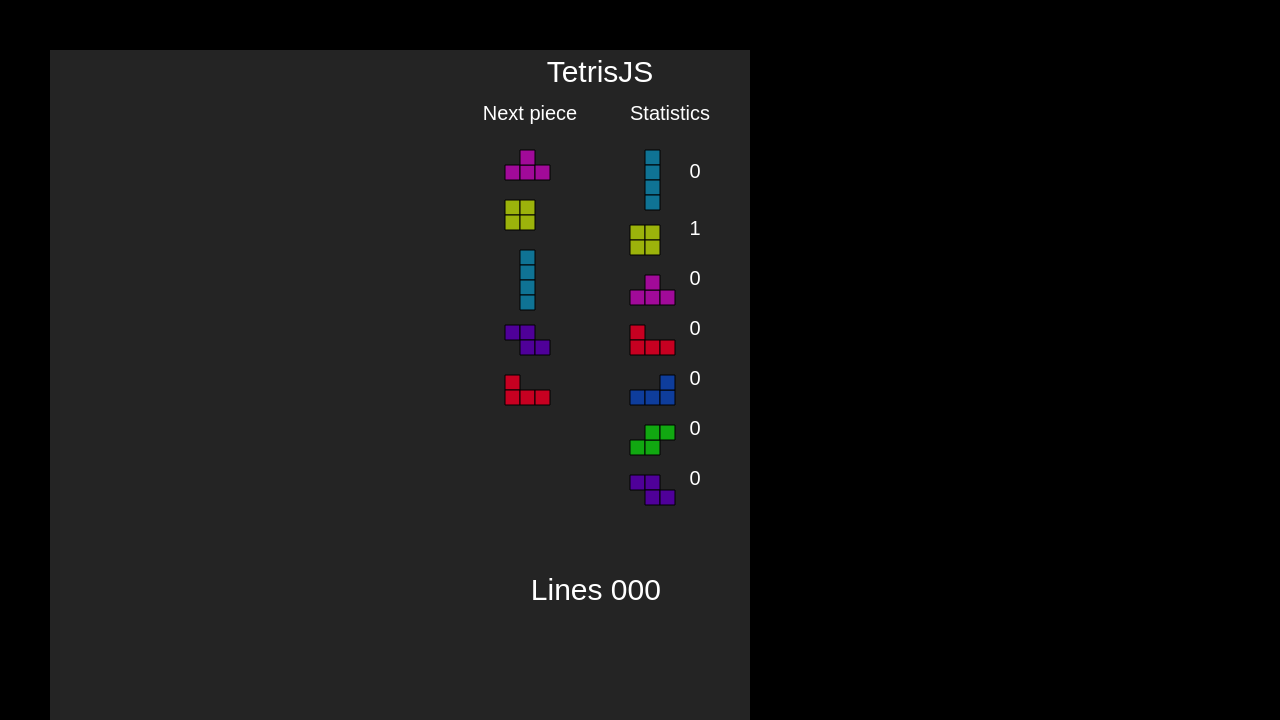
Repository: hosua/TetrisJS
Page: index.html
These files come from the project's save history. The page is drawn as it stood at one moment and after the next save; the edit follows.
The browser window is 1280 px wide. The pictures show the whole page.

Above is the page before, as saved 2023-11-07 20:09:35.
Console error: TypeError: Cannot read properties of undefined (reading 'toString')

After the next save:
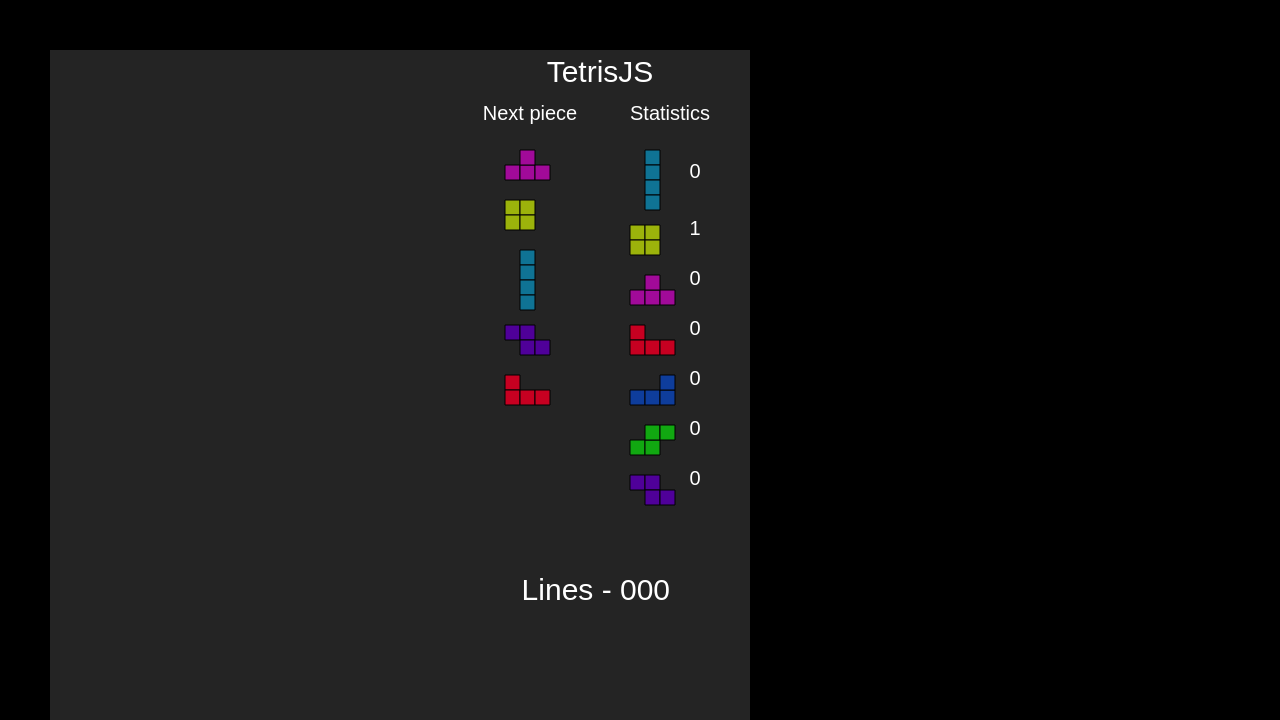
Saved 10 s later.
--- a/src/Tetris.js
+++ b/src/Tetris.js
@@ -556,7 +556,7 @@
 		let x = this.ui_offset + 150;
 		let y = 550;
 		let y_inc = 50;
-		this.draw_ui_text(`Lines ${tetris.lines_cleared.toString().padStart(3, '0')} `, 30, x, y);
+		this.draw_ui_text(`Lines - ${tetris.lines_cleared.toString().padStart(3, '0')} `, 30, x, y);
 		this.draw_ui_text(`Tetris: `)
 	}
 }
